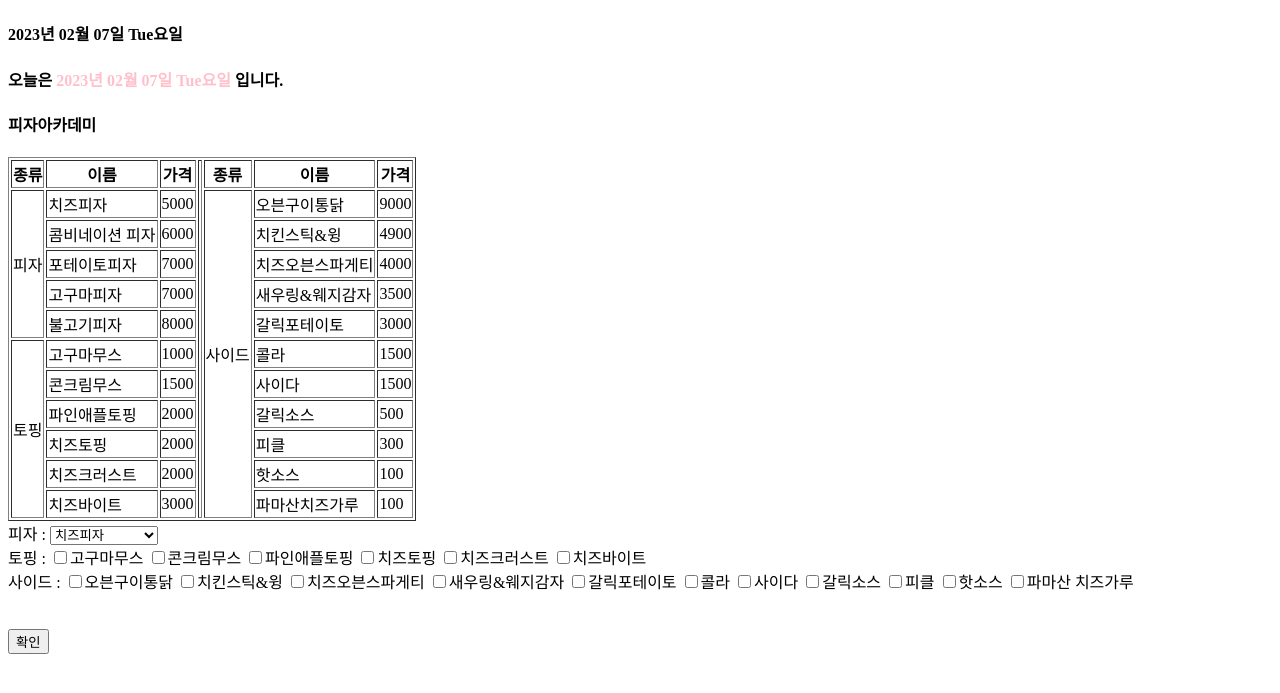
Repository: yejin0220/Web-workspace1
Page: http://localhost/2_JSP/views/04_PizzaOrderForm.jsp
The author's editor kept a copy of each file at every save. The page is drawn from the files as they stood at one save, then again after the next save.
The browser window is 1280 px wide. The pictures show the whole page.
The page is served by Tomcat 9.

Above is the page before, as saved 2023-02-09 03:08:04.

After the next save:
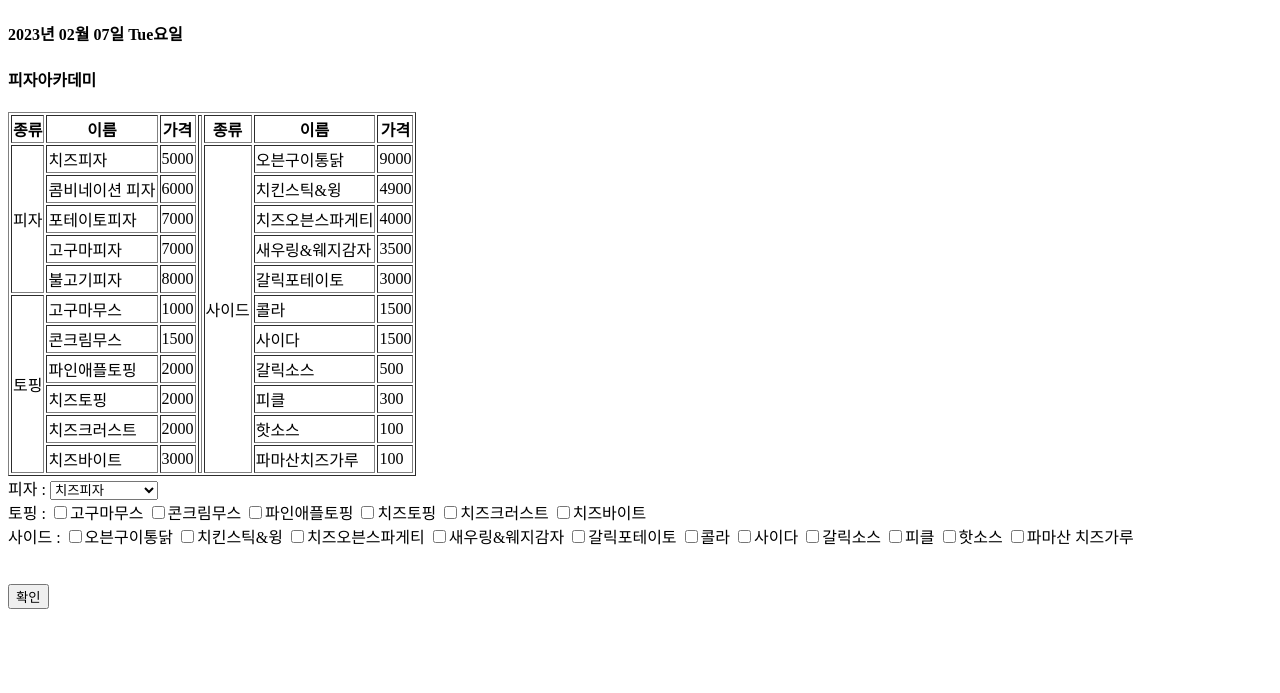
Saved 3 s later.
--- a/2_JSP/WebContent/views/04_PizzaOrderForm.jsp
+++ b/2_JSP/WebContent/views/04_PizzaOrderForm.jsp
@@ -14,7 +14,6 @@
 
 	<%@ include file="datePrint.jsp" %>
 
-	<h4>오늘은 <span><%= today %></span> 입니다.</h4>
 
 	<h4>피자아카데미</h4>
 
